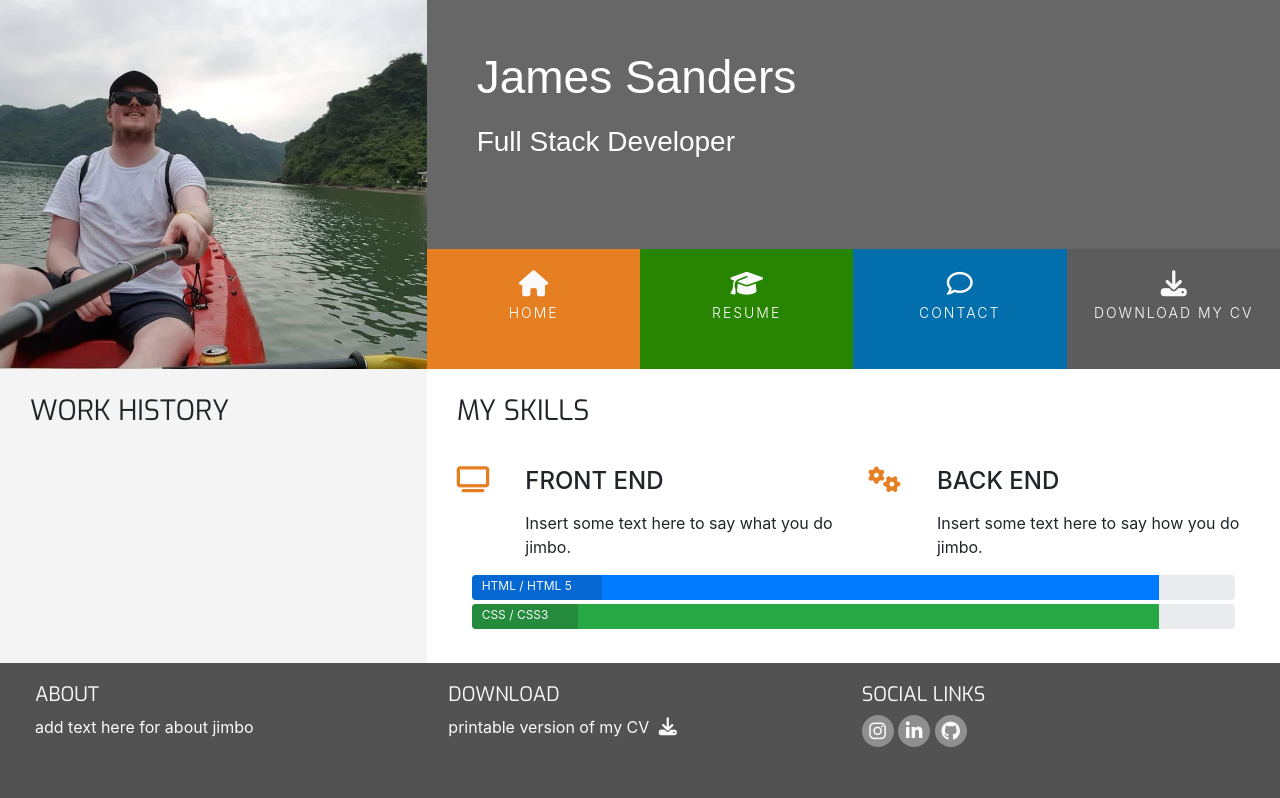
Repository: JaySanders95/my-online-resume
Page: resume.html
These files come from the project's save history. The page is drawn as it stood at one moment and after the next save; the edit follows.
The browser window is 1280 px wide. The pictures show the whole page.
Some web fonts or font styles are not loaded; a fallback is used. Some web libraries are served in a nearby version.

Above is the page before, as saved 2023-04-19 21:59:49.

After the next save:
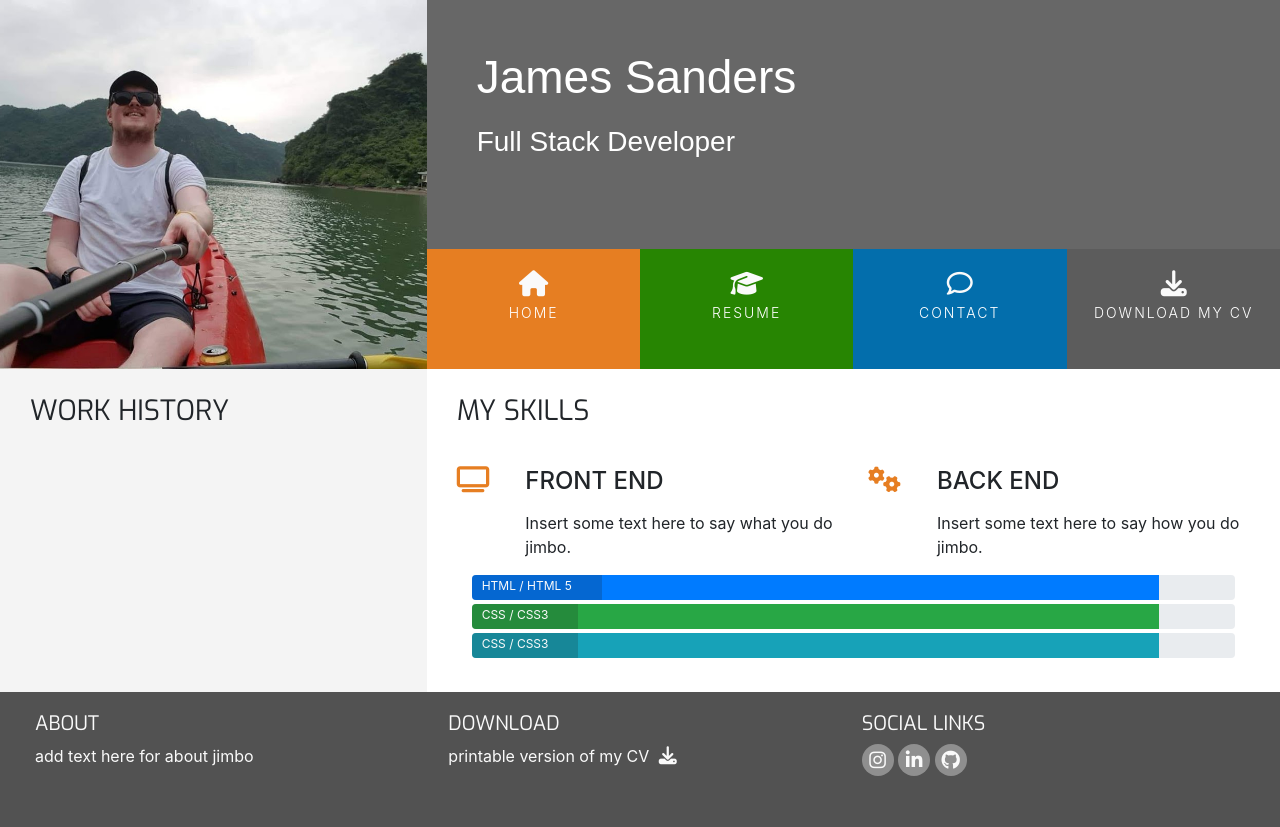
Saved 38 s later.
--- a/resume.html
+++ b/resume.html
@@ -107,6 +107,13 @@
                         </div>
                         <span class="progress-type">CSS / CSS3</span>
                     </div>
+                    <div class="progress">
+                        <div class="progress-bar bg-info" role="progressbar" #
+                        aria-valuenow="70" aria-valuemin="0" aria-valuemax="100" style="width:90%">
+                        <span class="sr-only"> 70% complete</span>
+                        </div>
+                        <span class="progress-type">CSS / CSS3</span>
+                    </div>
                 </div>
             </div>
         </div>
